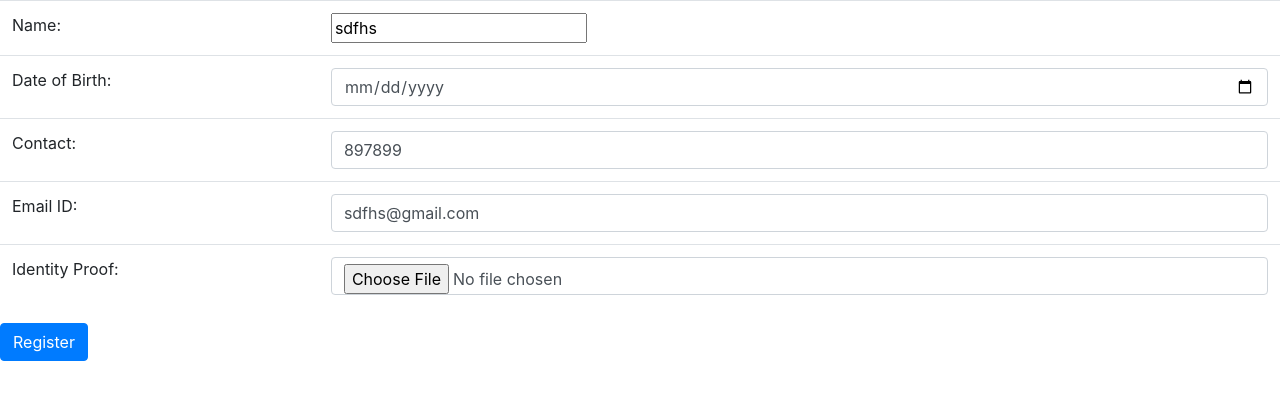
Repository: piyushrulesyou/CasinoGameApplication
Page: http://localhost/adminPanel/RegisterUser.jsp
These files come from the project's save history. The page is drawn as it stood at one moment and after the next save; the edit follows.
The browser window is 1280 px wide. The pictures show the whole page.
The page is served by Tomcat 9. Nobody is signed in. The application's start-up code is not run.

Above is the page before, as saved 2019-10-31 09:42:57.
Console error: TypeError: Cannot read properties of undefined (reading 'setDefaults')

After the next save:
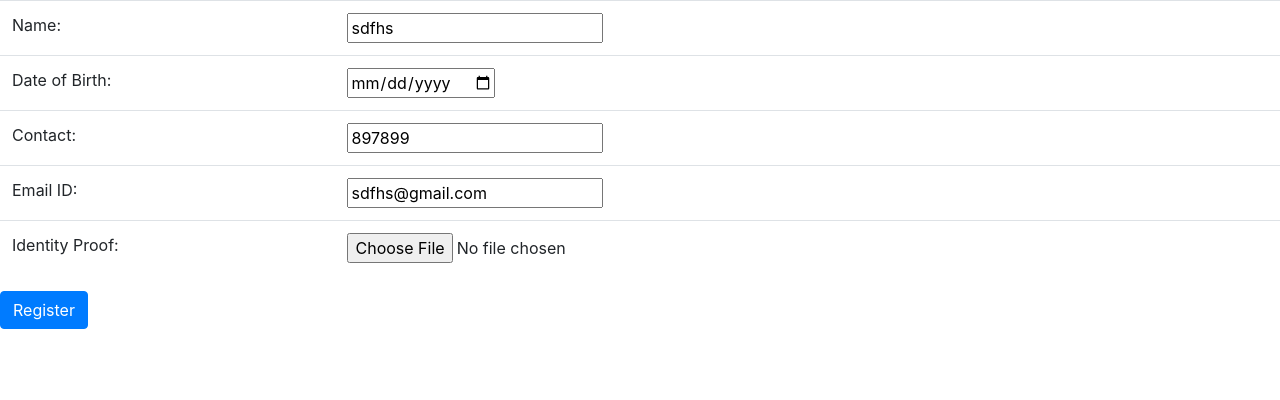
Saved 20 s later.
--- a/AdminPanel/adminPanel/src/main/webapp/RegisterUser.jsp
+++ b/AdminPanel/adminPanel/src/main/webapp/RegisterUser.jsp
@@ -40,39 +40,37 @@
 
 				<tr>
 					<td>Name:</td>
-					<td><input type="text" id="customerName"
-						name="customerName" placeholder="Enter name" value="sdfhs"
-						required="required"></td>
+					<td><input type="text" id="customerName" name="customerName"
+						placeholder="Enter name" value="sdfhs" required="required"></td>
 
 				</tr>
 
 
 				<tr>
 					<td>Date of Birth:</td>
-					<td><input type="date" class="form-control" name="dateOfBirth"
-						id="dateOfBirth" placeholder="Enter DOB" required="required"></td>
+					<td><input type="date" name="dateOfBirth" id="dateOfBirth"
+						placeholder="Enter DOB" required="required"></td>
 				</tr>
 
 				<tr>
 					<td>Contact:</td>
-					<td><input type="number" class="form-control"
-						name="contactNumber" id="contactNumber"
-						placeholder="Enter Contact Number" value=897899
+					<td><input type="number" name="contactNumber"
+						id="contactNumber" placeholder="Enter Contact Number" value=897899
 						required="required"></td>
 				</tr>
 
 				<tr>
 					<td>Email ID:</td>
-					<td><input type="email" class="form-control" id="emailID"
-						name="emailID" placeholder="Enter email" value="sdfhs@gmail.com"
+					<td><input type="email" id="emailID" name="emailID"
+						placeholder="Enter email" value="sdfhs@gmail.com"
 						required="required"></td>
 				</tr>
 
 
 				<tr>
 					<td>Identity Proof:</td>
-					<td><input type="file" class="form-control" id="idProof"
-						name="idProof" accept="image/*" placeholder="ID Proof"></td>
+					<td><input type="file" id="idProof" name="idProof"
+						accept="image/*" placeholder="ID Proof"></td>
 				</tr>
 
 			</table>
